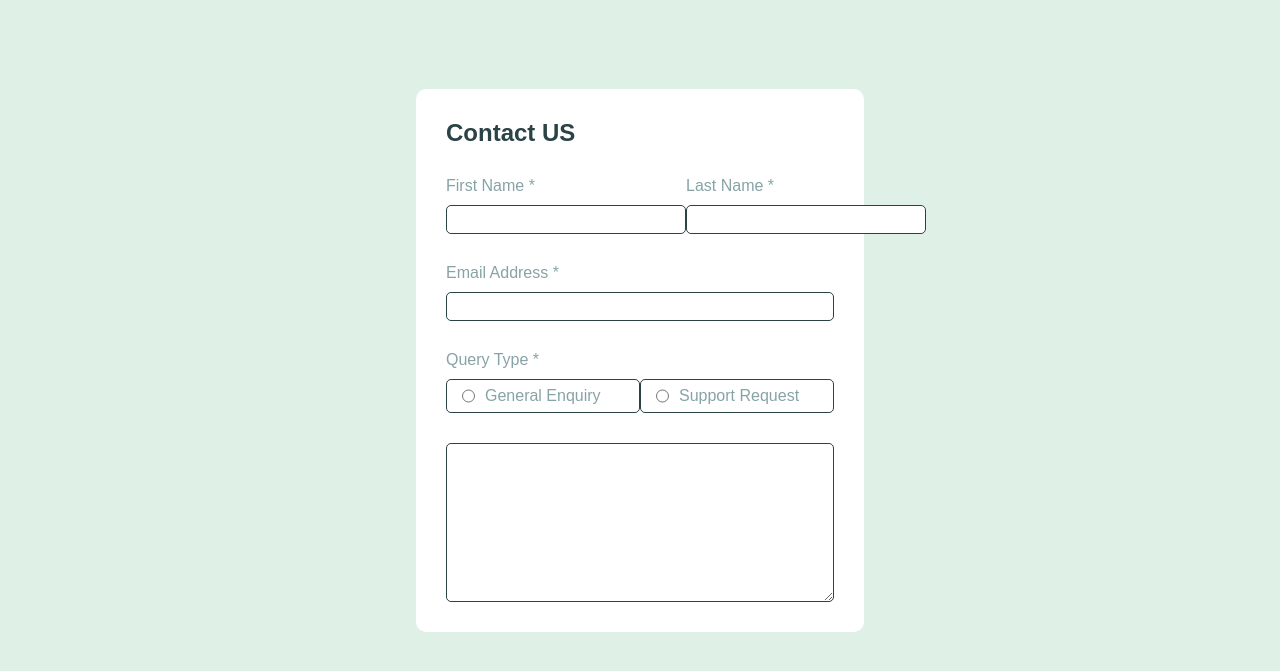
Repository: KamoliddinGIT/contact-form-in-PHP
Page: http://localhost/
An editor plug-in stored every save of this project. The page is shown before and after the next save, followed by the edit.
The browser window is 1280 px wide. The pictures show the whole page.
The page is run by PHP 8.4 with error messages shown; the project is at /var/www/html/.

Above is the page before, as saved 2024-08-19 10:15:28.

### index.php
<?php
if ($_SERVER["REQUEST_METHOD"] == "POST") {
    $name = htmlspecialchars($_POST['name']);
    $email = htmlspecialchars($_POST['email']);
    $message = htmlspecialchars($_POST['message']);

    // You can add code here to save the data to a database or send it via email
    echo "<script>alert('Thank you, $name. Your message has been received!');</script>";
}
?>

<!doctype html>
<html lang="en">
<head>
    <meta charset="UTF-8">
    <meta name="viewport"
          content="width=device-width, user-scalable=no, initial-scale=1.0, maximum-scale=1.0, minimum-scale=1.0">
    <meta http-equiv="X-UA-Compatible" content="ie=edge">
    <link rel="stylesheet" href="style.css">
    <title>Form in PHP</title>
</head>
<body>

    <div class="container">
        <form>
            <h2>Contact US</h2>
            <div class="personal_details">
                <div class="name">
                    <span>First Name *</span>
                    <input type="text" class="name">
                </div>
                <div class="surname">
                    <span>Last Name *</span>
                    <input type="text" class="surname">
                </div>
            </div>
            <div class="email_address">
                <span>Email Address *</span>
                <input type="email" class="email">
            </div>
            <div class="query">
                <span>Query Type *</span>
               <div class="query_items">
                   <div class="general">
                       <input type="radio" id="general" value="General Enquiry">
                       <label for="general">General Enquiry</label><br>
                   </div>
                   <div class="support">
                       <input type="radio" id="support" value="Support Request">
                       <label for="support">Support Request</label><br>
                   </div>
               </div>
            </div>

            <textarea id="message" cols="30" rows="10"></textarea>
        </form>
    </div>
</body>
</html>

### style.css
* {
    margin: 0;
    padding: 0;
    box-sizing: border-box;
}

.container {
    width: 100%;
    height: 100vh;
    display: flex;
    justify-content: center;
    align-items: center;
    background: hsl(148, 38%, 91%);
}

form {
    display: flex;
    justify-content: center;
    padding: 30px;
    border-radius: 10px;
    flex-direction: column;
    gap: 30px;
    background: #fff;
    width: 35%;
    min-height: 70%;
    font-family: 'Karla', sans-serif;
    color: hsl(186, 15%, 59%);
}

form h2 {
    color: hsl(187, 24%, 22%);
    font-family: 'Karla', sans-serif;
}

.personal_details {
    display: flex;
    justify-content: space-between;
}

.name {
    display: flex;
    flex-direction: column;
    gap: 10px;
}

.surname {
    display: flex;
    flex-direction: column;
    gap: 10px;
}

.name input {
    width: 240px;
    padding: 6px;
    border-radius: 5px;
    outline: none;
    border: 1px solid hsl(187, 24%, 22%);
}
.surname input {
    width: 240px;
    padding: 6px;
    border-radius: 5px;
    outline: none;
    border: 1px solid hsl(187, 24%, 22%);
}

.email_address {
    display: flex;
    flex-direction: column;
    gap: 10px;
}

.email {
    padding: 6px;
    border-radius: 5px;
    outline: none;
    border: 1px solid hsl(187, 24%, 22%);
}

.query {
    display: flex;
    justify-content: space-between;
    flex-direction: column;
    gap: 10px;
}

.general {
    display: flex;
    border: 1px solid hsl(187, 24%, 22%);
    padding: 7px;
    width: 240px;
    border-radius: 5px;
    gap: 10px;
    padding-left: 15px;
}

.support {
    display: flex;
    border: 1px solid hsl(187, 24%, 22%);
    padding: 7px;
    width: 240px;
    border-radius: 5px;
    gap: 10px;
    padding-left: 15px;
}

.query_items {
    display: flex;
    justify-content: space-between;
}

.message {
    display: flex;
    flex-direction: column;
    gap: 10px;
}

#message {
    border-radius: 5px;
    border: 1px solid hsl(187, 24%, 22%);
    padding-left: 7px;
    padding-top: 7px;
}

.checking {
    display: flex;
    align-items: center;
    gap: 10px;
    font-size: 16px;
}

.submit_btn {
    width: 100%;
    color: white;
    text-decoration: none;
    background: hsl(169, 82%, 27%);
    height: 45px;
    text-align: center;
    display: flex;
    justify-content: center;
    align-items: center;
    border-radius: 5px;
}

After the next save:
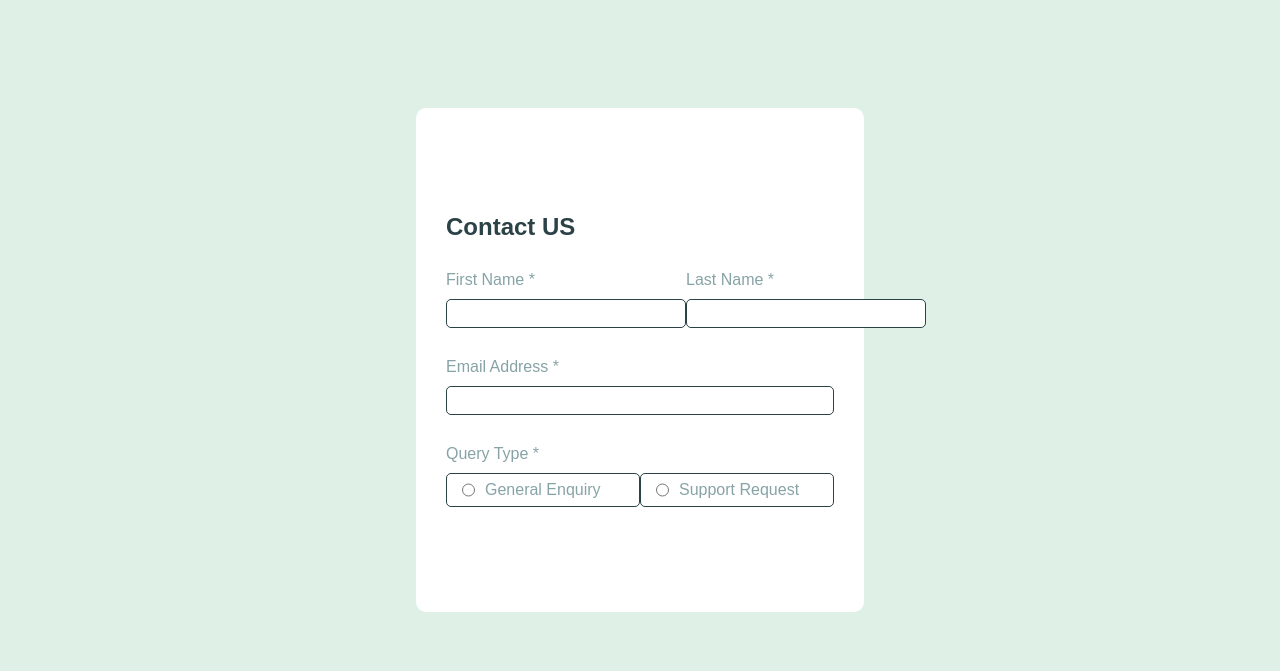
Saved 10 s later.
--- a/index.php
+++ b/index.php
@@ -52,7 +52,6 @@ if ($_SERVER["REQUEST_METHOD"] == "POST") {
                </div>
             </div>
 
-            <textarea id="message" cols="30" rows="10"></textarea>
         </form>
     </div>
 </body>
